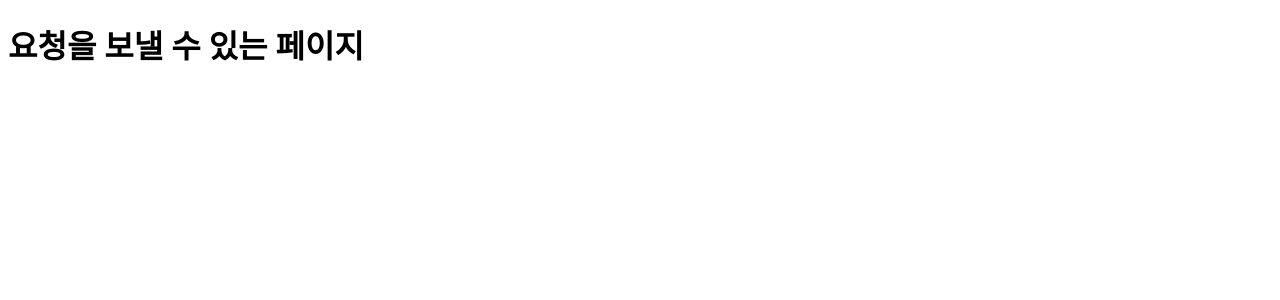
Repository: Simyoungdo04/dynamic-workspace
Page: FirstProject/src/main/webapp/views/request_get.html
These files come from the project's save history. The page is drawn as it stood at one moment and after a run of saves; the edit follows.
The browser window is 1280 px wide. The pictures show the whole page.

Above is the page before, as saved 2026-05-04 03:37:27.

### FirstProject/src/main/webapp/views/request_get.html
<!DOCTYPE html>
<html>
<head>
<meta charset="UTF-8">
<title>요청 페이지</title>
</head>
<body>

	<h1>요청을 보낼 수 있는 페이지</h1>

	<pre>

	</pre>

</body>
</html>

After the next 2 saves:
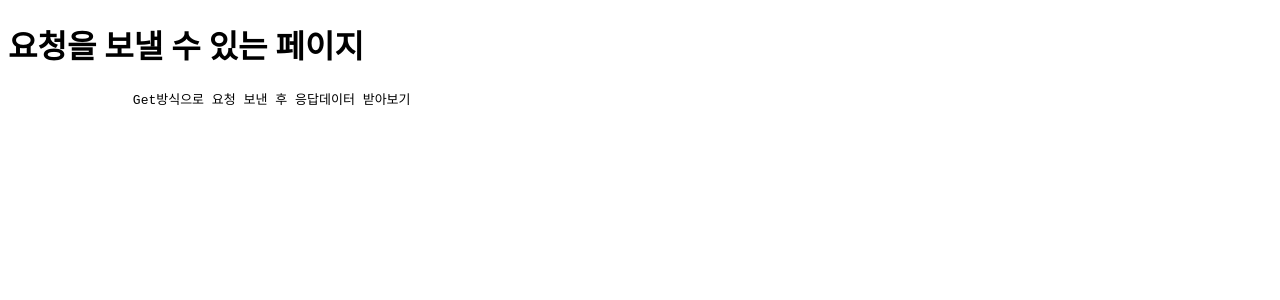
The 2 saves are shown as one change because they came seconds apart.
The last was saved 14 s later.
--- a/FirstProject/src/main/webapp/views/request_get.html
+++ b/FirstProject/src/main/webapp/views/request_get.html
@@ -9,6 +9,8 @@
 	<h1>요청을 보낼 수 있는 페이지</h1>
 
 	<pre>
+		Get방식으로 요청 보낸 후 응답데이터 받아보기
+
 
 	</pre>
 
